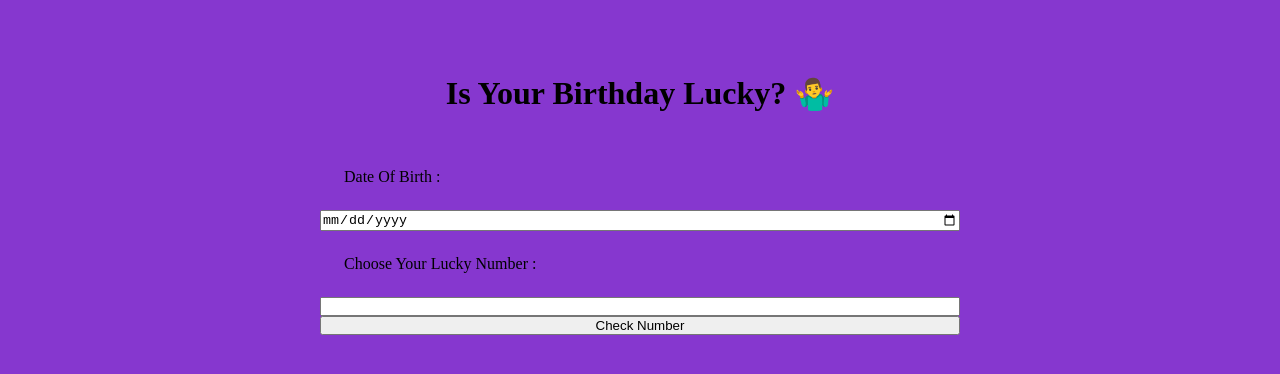
Repository: patelamancode/Lucky-Birthday-App
Page: index.html
These files come from the project's save history. The page is drawn as it stood at one moment and after the next save; the edit follows.
The browser window is 1280 px wide. The pictures show the whole page.

Above is the page before, as saved 2022-11-21 17:11:24.

### index.html
<!DOCTYPE html>
<html lang="en">
<head>
    <meta charset="UTF-8">
    <meta http-equiv="X-UA-Compatible" content="IE=edge">
    <meta name="viewport" content="width=device-width, initial-scale=1.0">
    <link rel="stylesheet" href="index.css">
    <title>Is your birthday lucky</title>
</head>
<body>
    <div id="main-container">
        <h1 class="app-title">Is Your Birthday Lucky? 🤷‍♂️</h1>
        <label for="date-of-birth" class="dob">Date Of Birth :</label>
        <input type="date" class="selected-dob">
        <label for="lucky-number" class="favourite-number">Choose Your Lucky Number :</label>
        <input type="number" class="user-number">
        <button id="check-btn">Check Number</button>
    </div>

</body>
</html>

### index.css
*{
    margin: 0;
    padding: 0;
}
 body{
    background-color: rgb(134, 55, 207);
 }

 #main-container {
    display: flex;
    flex-direction: column;
    width: 50vw;
    margin: auto;
    margin-top: 2rem;
    padding: 10px;
    text-align: center;
 }

 .app-title{
    margin: 2rem;
 }
 label{
    width: auto;
    text-align: left;
    margin: 1.5rem;
 }
 /* input{
    -webkit-appearance: none;
    box-shadow: none !important;
 } */

After the next save:
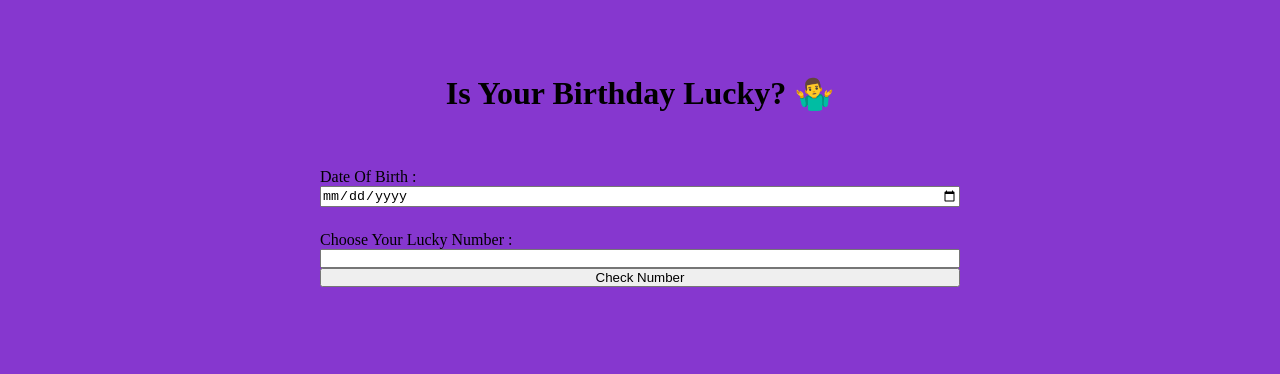
Saved 45 s later.
--- a/index.css
+++ b/index.css
@@ -22,7 +22,7 @@
  label{
     width: auto;
     text-align: left;
-    margin: 1.5rem;
+    margin-top: 1.5rem;
  }
  /* input{
     -webkit-appearance: none;

After the save that followed:
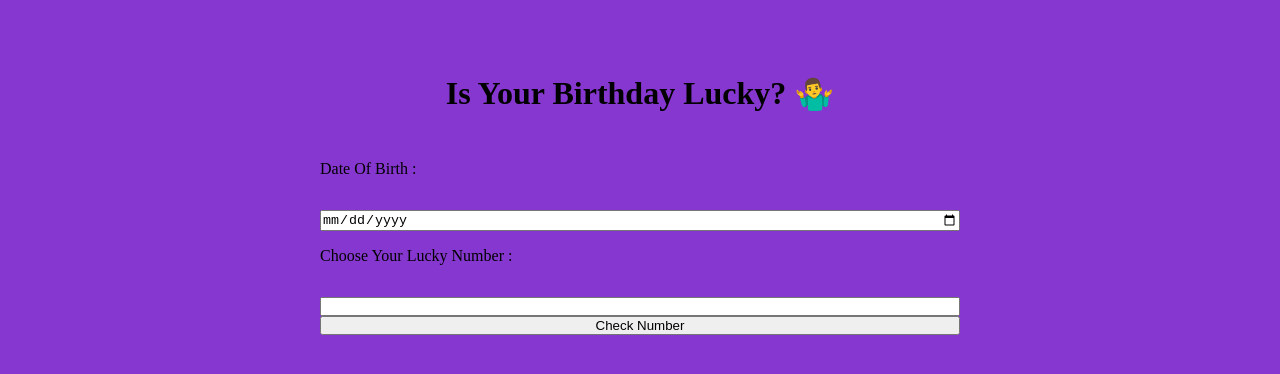
Saved 19 s later.
--- a/index.css
+++ b/index.css
@@ -22,7 +22,8 @@
  label{
     width: auto;
     text-align: left;
-    margin-top: 1.5rem;
+    margin-top: 1rem;
+    margin-bottom: 2rem;
  }
  /* input{
     -webkit-appearance: none;
